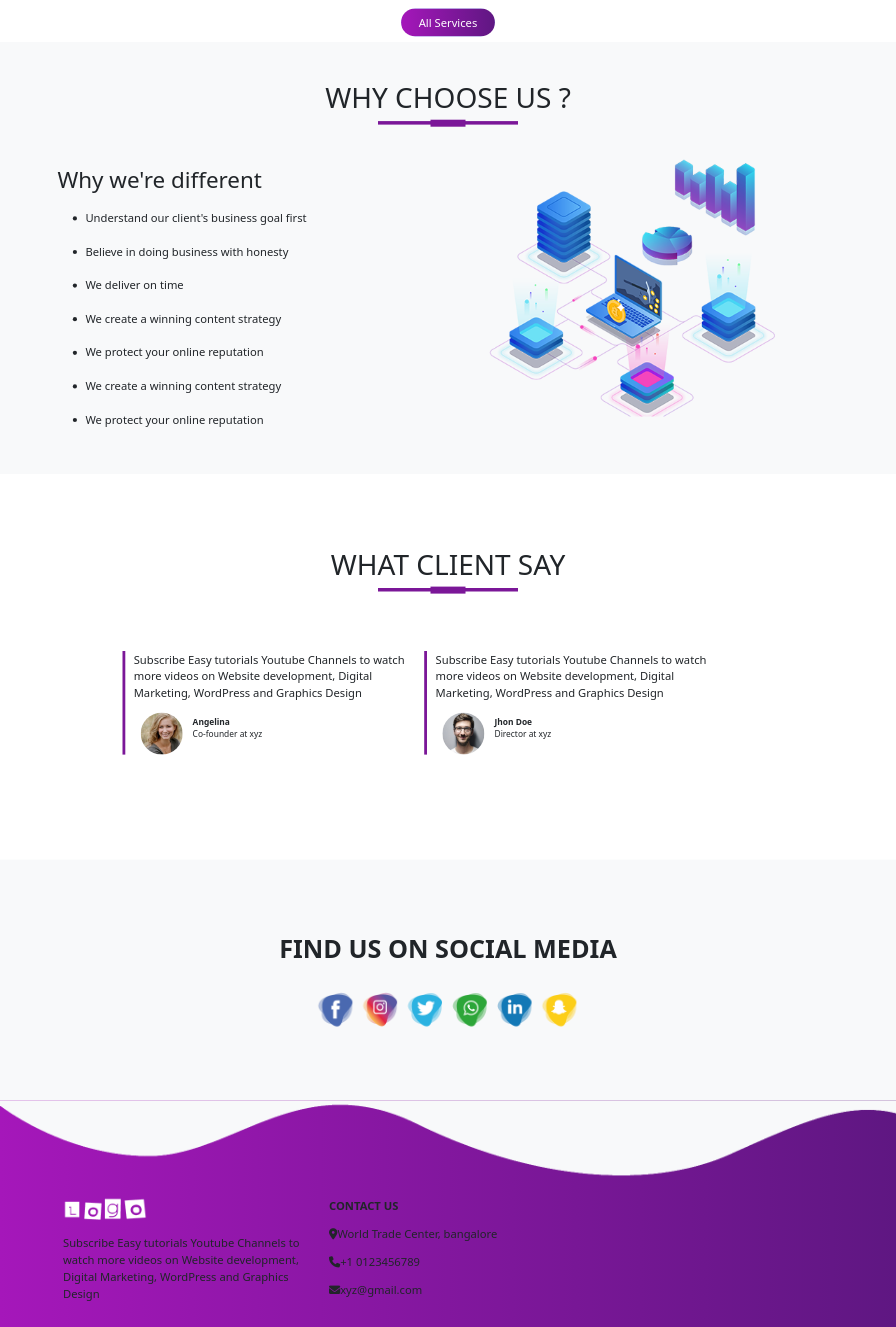
Repository: wadelfadill/Bootstrap_tache_2_website_design
Page: index.html
The author's editor kept a copy of each file at every save. The page is drawn from the files as they stood at one save, then again after the next save.
The browser window is 1280 px wide. The pictures show the part of the page from y = 1220 to 3140 px (the page is 3116 px tall before and 3140 px after), at 70% of full size.
Some web libraries are served in a nearby version.

Above is the page before, as saved 2023-04-05 18:44:38.

After the next save:
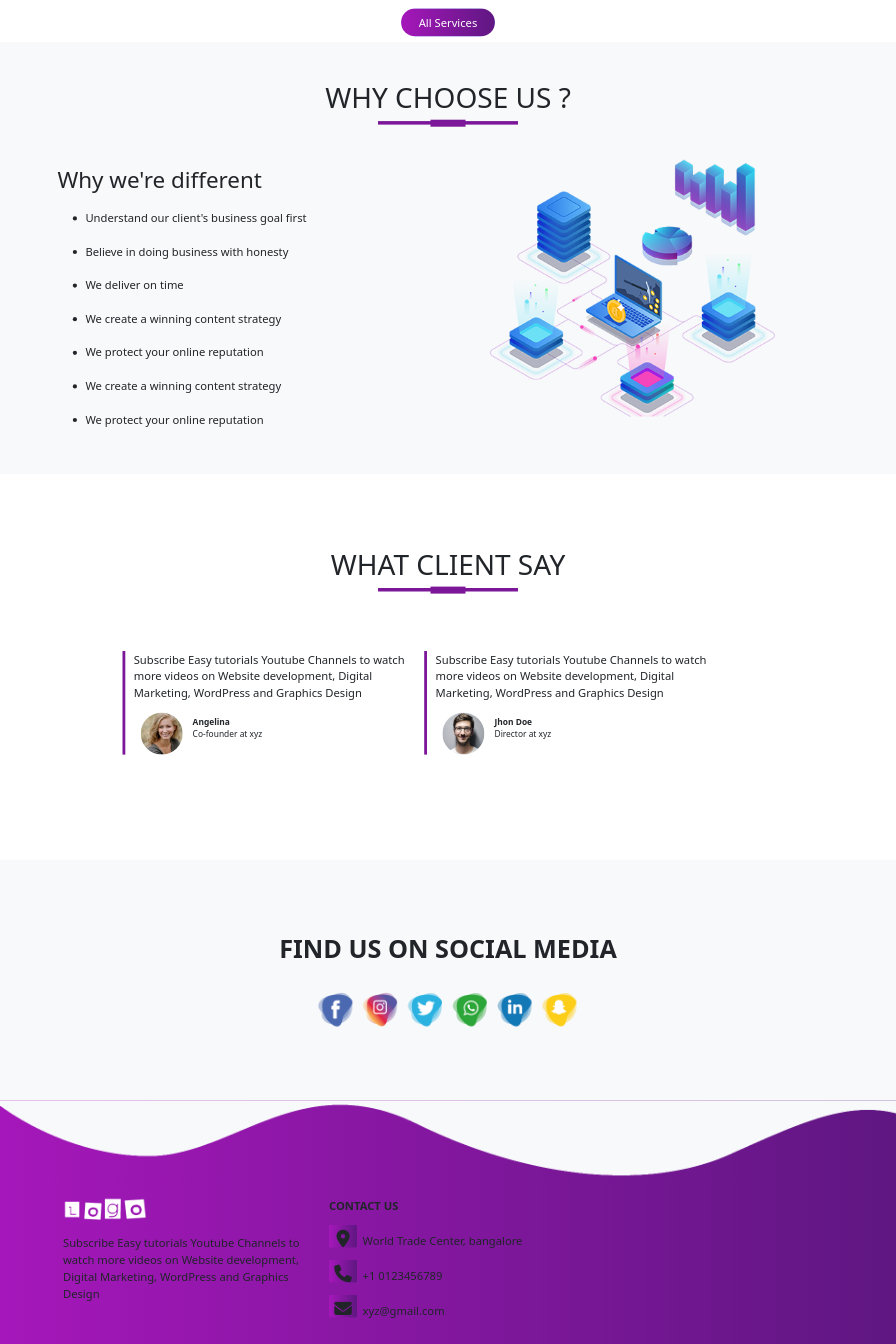
Saved 53 s later.
--- a/style.css
+++ b/style.css
@@ -110,7 +110,7 @@
     width: 120px;
     margin-bottom: 20px;
 }
-.footer-box.fa{
+.footer-box i{
     margin-right: 8px;
     font-size: 25px;
     width: 40px;
